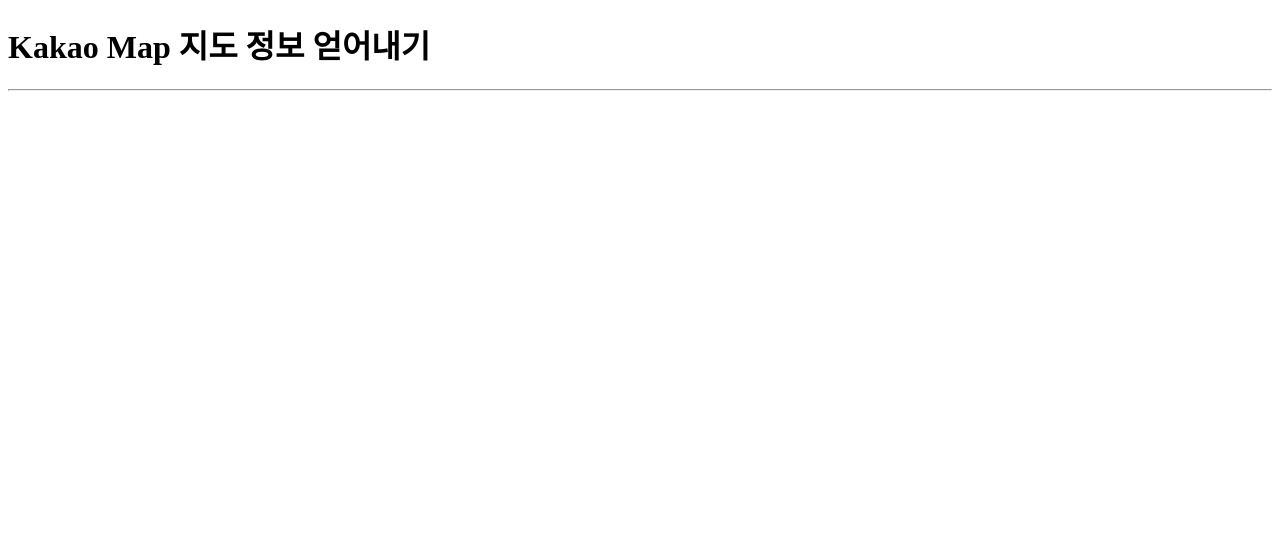
Repository: DongHyenYoo/DongHyen
Page: KakaoMapStudy/MapApp01/WebContent/MapTest009.html
The author's editor kept a copy of each file at every save. The page is drawn from the files as they stood at one save, then again after the next save.
The browser window is 1280 px wide. The pictures show the whole page.

Above is the page before, as saved 2023-01-02 02:21:04.
Console error: ReferenceError: initialize is not defined

### KakaoMapStudy/MapApp01/WebContent/MapTest009.html
<!DOCTYPE html>
<html>
<head>
<meta charset="UTF-8">
<title>MapTest009.html</title>
</head>
<body onload="initialize()">


<!-- ○ 발급받은 App Key -->
<!-- appkey=b0adb6cf684c4c502462a6673bf822bf -->

<!-- ○ 지도의 중심 좌표-->
<!-- 37.556556 , 126.919550 -->


<div>

	<h1>Kakao Map 지도 정보 얻어내기</h1>
	<hr />
</div>


<!-- 지도를 그릴 div 공간 확보(지정) -->
<div id="map" style="width:100%; height:350px;"></div>
<br>

</body>
</html>

After the next save:
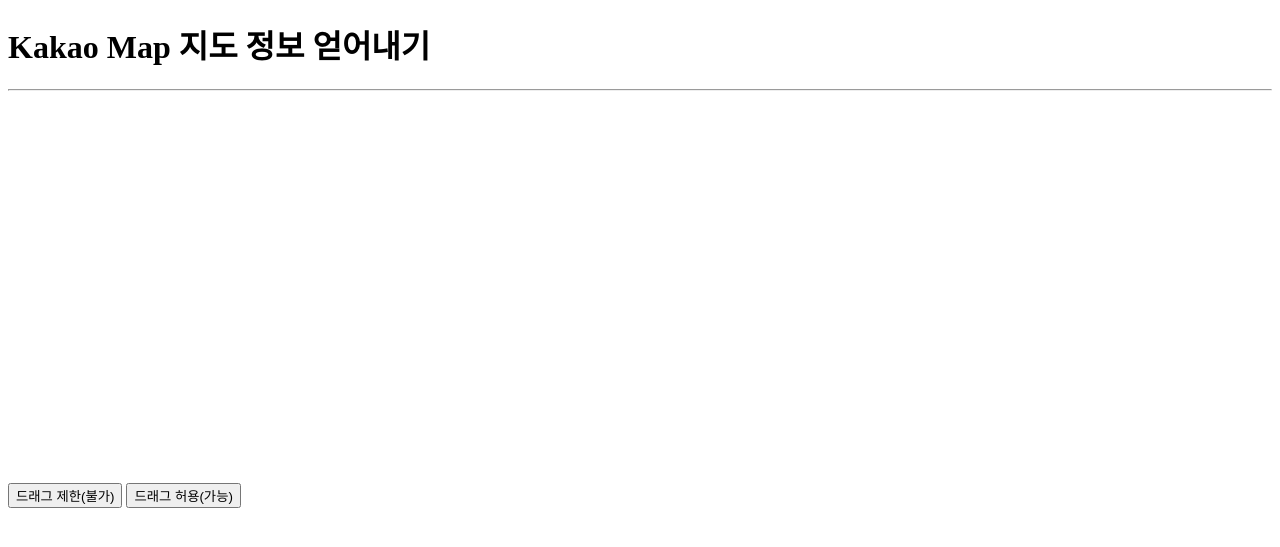
Saved 69 s later.
--- a/KakaoMapStudy/MapApp01/WebContent/MapTest009.html
+++ b/KakaoMapStudy/MapApp01/WebContent/MapTest009.html
@@ -25,5 +25,12 @@
 <div id="map" style="width:100%; height:350px;"></div>
 <br>
 
+<div>
+	<p>
+		<button type="button" onclick="setDraggable(false)">드래그 제한(불가)</button>
+		<button type="button" onclick="setDraggable(true)">드래그 허용(가능)</button>
+</div>
+
+
 </body>
 </html>
